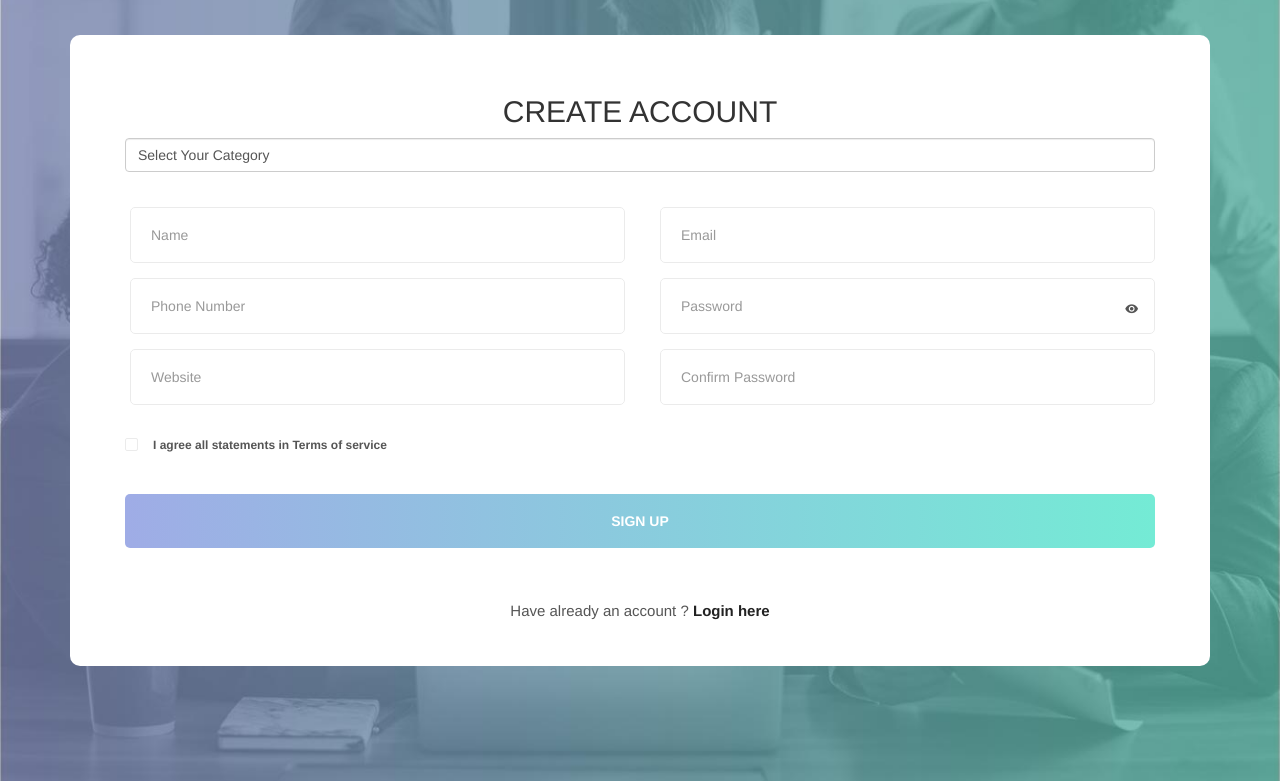
Repository: zainbt/Career_Bridge
Page: static/register/register.html
An editor plug-in stored every save of this project. The page is shown before and after the next save, followed by the edit.
The browser window is 1280 px wide. The pictures show the whole page.

Above is the page before, as saved 2019-11-18 18:40:13.

### static/register/register.html
<!DOCTYPE html>
<html lang="en">

<head>
    <meta charset="UTF-8">
    <meta name="viewport" content="width=device-width, initial-scale=1.0">
    <meta http-equiv="X-UA-Compatible" content="ie=edge">
    <title>Sign Up Form by Colorlib</title>

    <!-- Font Icon -->
    <link rel="stylesheet" href="fonts/material-icon/css/material-design-iconic-font.min.css">

    <!-- Main css -->
    <link rel="stylesheet" href="css/style.css">
    <link rel="stylesheet" href="https://maxcdn.bootstrapcdn.com/bootstrap/3.4.0/css/bootstrap.min.css">

</head>

<body>

    <div class="main">

        <section class="signup">
            <!-- <img src="images/signup-bg.jpg" alt=""> -->
            <div class="container">
                <div class="signup-content">
                    <form method="POST" id="signup-form" class="signup-form">
                        <h2 class="form-title">Create account</h2>
                        <div class="form-group">
                            <select class="form-control">
                                <option>Select Your Category</option>
                                <option>Company</option>
                                <option>University</option>
                            </select>
                        </div>
                        <div class="row">
                            <div class="col-md-6 textFields">
                                <div class="form-group">
                                    <input type="text" class="form-input" name="name" id="name" placeholder="Name" />
                                </div>
                                <div class="form-group">
                                    <input type="number" class="form-input" name="number" id="name" placeholder="Phone Number" />
                                </div>
                                <div class="form-group">
                                    <input type="url" class="form-input" name="website" id="name" placeholder="Website" />
                                </div>
                            </div>

                            <div class="col-md-6 textFields">
                                <div class="form-group">
                                    <input type="email" class="form-input" name="email" id="email" placeholder="Email" />
                                </div>
                                <div class="form-group">
                                    <input type="password" class="form-input" name="password" id="password" placeholder="Password" />
                                    <span toggle="#password" class="zmdi zmdi-eye field-icon toggle-password"></span>
                                </div>
                                <div class="form-group">
                                    <input type="password" class="form-input" name="re_password" id="re_password" placeholder="Confirm Password" />
                                </div>
                            </div>
                        </div>
                        <div class="form-group">
                            <input type="checkbox" name="agree-term" id="agree-term" class="agree-term" />
                            <label for="agree-term" class="label-agree-term"><span><span></span></span>I agree all statements in  <a href="#" class="term-service">Terms of service</a></label>
                        </div>
                        <div class="form-group">
                            <input type="submit" name="submit" id="submit" class="form-submit" value="Sign up" />
                        </div>
                    </form>
                    <p class="loginhere">
                        Have already an account ? <a href="signUp.html" class="loginhere-link">Login here</a>
                    </p>

                    <!--

                                                        <input type="text" class="form-input" name="name" id="name" placeholder="Name" />
                                <input type="number" class="form-input" name="number" id="name" placeholder="Phone Number" />
                                <input type="url" class="form-input" name="website" id="name" placeholder="Website" />

                    -->


                </div>
            </div>
        </section>

    </div>

    <!-- JS -->
    <script src="vendor/jquery/jquery.min.js"></script>
    <script src="js/main.js"></script>
</body>
<!-- This templates was made by Colorlib (https://colorlib.com) -->

</html>

### static/register/css/style.css
.row {
    display: flex;
}

.textFields {
    margin-top: 10px;
    margin-left: 5px;
}


/* @extend display-flex; */

display-flex,
.display-flex,
.display-flex-center {
    display: flex;
    display: -webkit-flex;
}


/* @extend list-type-ulli; */

list-type-ulli {
    list-style-type: none;
    margin: 0;
    padding: 0;
}


/* Montserrat-300 - latin */

@font-face {
    font-family: 'Montserrat';
    font-style: normal;
    font-weight: 300;
    src: url("../fonts/montserrat/Montserrat-Light.ttf");
    /* IE9 Compat Modes */
}

@font-face {
    font-family: 'Montserrat';
    font-style: normal;
    font-weight: 400;
    src: url("../fonts/montserrat/Montserrat-Regular.ttf");
    /* IE9 Compat Modes */
}

@font-face {
    font-family: 'Montserrat';
    font-style: italic;
    font-weight: 400;
    src: url("../fonts/montserrat/Montserrat-Italic.ttf");
    /* IE9 Compat Modes */
}

@font-face {
    font-family: 'Montserrat';
    font-style: normal;
    font-weight: 500;
    src: url("../fonts/montserrat/Montserrat-Medium.ttf");
    /* IE9 Compat Modes */
}

@font-face {
    font-family: 'Montserrat';
    font-style: normal;
    font-weight: 600;
    src: url("../fonts/montserrat/Montserrat-SemiBold.ttf");
    /* IE9 Compat Modes */
}

@font-face {
    font-family: 'Montserrat';
    font-style: normal;
    font-weight: 700;
    src: url("../fonts/montserrat/Montserrat-Bold.ttf");
    /* IE9 Compat Modes */
}

@font-face {
    font-family: 'Montserrat';
    font-style: italic;
    font-weight: 700;
    src: url("../fonts/montserrat/Montserrat-BoldItalic.ttf");
    /* IE9 Compat Modes */
}

@font-face {
    font-family: 'Montserrat';
    font-style: italic;
    font-weight: 900;
    src: url("../fonts/montserrat/montserrat-v12-latin-900.ttf"), url("../fonts/montserrat/montserrat-v12-latin-900.eot") format("embedded-opentype"), url("../fonts/montserrat/montserrat-v12-latin-900.svg") format("woff2"), url("../fonts/montserrat/montserrat-v12-latin-900.woff") format("woff"), url("../fonts/montserrat/montserrat-v12-latin-900.woff2") format("truetype");
}

a:focus,
a:active {
    text-decoration: none;
    outline: none;
    transition: all 300ms ease 0s;
    -moz-transition: all 300ms ease 0s;
    -webkit-transition: all 300ms ease 0s;
    -o-transition: all 300ms ease 0s;
    -ms-transition: all 300ms ease 0s;
}

input,
select,
textarea {
    outline: none;
    appearance: unset !important;
    -moz-appearance: unset !important;
    -webkit-appearance: unset !important;
    -o-appearance: unset !important;
    -ms-appearance: unset !important;
}

input::-webkit-outer-spin-button,
input::-webkit-inner-spin-button {
    appearance: none !important;
    -moz-appearance: none !important;
    -webkit-appearance: none !important;
    -o-appearance: none !important;
    -ms-appearance: none !important;
    margin: 0;
}

input:focus,
select:focus,
textarea:focus {
    outline: none;
    box-shadow: none !important;
    -moz-box-shadow: none !important;
    -webkit-box-shadow: none !important;
    -o-box-shadow: none !important;
    -ms-box-shadow: none !important;
}

input[type=checkbox] {
    appearance: checkbox !important;
    -moz-appearance: checkbox !important;
    -webkit-appearance: checkbox !important;
    -o-appearance: checkbox !important;
    -ms-appearance: checkbox !important;
}

input[type=radio] {
    appearance: radio !important;
    -moz-appearance: radio !important;
    -webkit-appearance: radio !important;
    -o-appearance: radio !important;
    -ms-appearance: radio !important;
}

img {
    max-width: 100%;
    height: auto;
}

figure {
    margin: 0;
}

p {
    margin-bottom: 0px;
    font-size: 15px;
    color: #777;
}

h2 {
    line-height: 1.66;
    margin: 0;
    padding: 0;
    font-weight: 900;
    color: #222;
    font-family: 'Montserrat';
    font-size: 24px;
    text-transform: uppercase;
    text-align: center;
    margin-bottom: 40px;
}

.clear {
    clear: both;
}

body {
    font-size: 14px;
    line-height: 1.8;
    color: #222;
    font-weight: 400;
    font-family: 'Montserrat';
    background-image: url("../images/signup-bg.jpg");
    background-repeat: no-repeat;
    background-size: cover;
    -moz-background-size: cover;
    -webkit-background-size: cover;
    -o-background-size: cover;
    -ms-background-size: cover;
    background-position: center center;
    padding: 115px 0;
}

.container {
    width: 660px;
    position: relative;
    margin: 0 auto;
}

.display-flex {
    justify-content: space-between;
    -moz-justify-content: space-between;
    -webkit-justify-content: space-between;
    -o-justify-content: space-between;
    -ms-justify-content: space-between;
    align-items: center;
    -moz-align-items: center;
    -webkit-align-items: center;
    -o-align-items: center;
    -ms-align-items: center;
}

.display-flex-center {
    justify-content: center;
    -moz-justify-content: center;
    -webkit-justify-content: center;
    -o-justify-content: center;
    -ms-justify-content: center;
    align-items: center;
    -moz-align-items: center;
    -webkit-align-items: center;
    -o-align-items: center;
    -ms-align-items: center;
}

.position-center {
    position: absolute;
    top: 50%;
    left: 50%;
    transform: translate(-50%, -50%);
    -moz-transform: translate(-50%, -50%);
    -webkit-transform: translate(-50%, -50%);
    -o-transform: translate(-50%, -50%);
    -ms-transform: translate(-50%, -50%);
}

.signup-content {
    position: relative;
    margin-top: -7%;
    background: #fff;
    border-radius: 10px;
    -moz-border-radius: 10px;
    -webkit-border-radius: 10px;
    -o-border-radius: 10px;
    -ms-border-radius: 10px;
    padding: 40px 55px;
}

.form-group {
    margin-top: 10px;
    overflow: hidden;
    margin-bottom: 20px;
}

.form-input {
    width: 100%;
    border: 1px solid #ebebeb;
    border-radius: 5px;
    -moz-border-radius: 5px;
    -webkit-border-radius: 5px;
    -o-border-radius: 5px;
    -ms-border-radius: 5px;
    padding: 17px 20px;
    box-sizing: border-box;
    font-size: 14px;
    font-weight: 500;
    color: #222;
}

.form-input::-webkit-input-placeholder {
    color: #999;
}

.form-input::-moz-placeholder {
    color: #999;
}

.form-input:-ms-input-placeholder {
    color: #999;
}

.form-input:-moz-placeholder {
    color: #999;
}

.form-input::-webkit-input-placeholder {
    font-weight: 500;
}

.form-input::-moz-placeholder {
    font-weight: 500;
}

.form-input:-ms-input-placeholder {
    font-weight: 500;
}

.form-input:-moz-placeholder {
    font-weight: 500;
}

.form-input:focus {
    border: 1px solid transparent;
    -webkit-border-image-source: -webkit-linear-gradient(to right, #9face6, #74ebd5);
    -moz-border-image-source: -moz-linear-gradient(to right, #9face6, #74ebd5);
    -o-border-image-source: -o-linear-gradient(to right, #9face6, #74ebd5);
    border-image-source: linear-gradient(to right, #9face6, #74ebd5);
    -webkit-border-image-slice: 1;
    border-image-slice: 1;
    border-radius: 5px;
    -moz-border-radius: 5px;
    -webkit-border-radius: 5px;
    -o-border-radius: 5px;
    -ms-border-radius: 5px;
    background-origin: border-box;
    background-clip: content-box, border-box;
}

.form-input:focus::-webkit-input-placeholder {
    color: #222;
}

.form-input:focus::-moz-placeholder {
    color: #222;
}

.form-input:focus:-ms-input-placeholder {
    color: #222;
}

.form-input:focus:-moz-placeholder {
    color: #222;
}

.form-submit {
    width: 100%;
    border-radius: 5px;
    -moz-border-radius: 5px;
    -webkit-border-radius: 5px;
    -o-border-radius: 5px;
    -ms-border-radius: 5px;
    padding: 17px 20px;
    box-sizing: border-box;
    font-size: 14px;
    font-weight: 700;
    color: #fff;
    text-transform: uppercase;
    border: none;
    background-image: -moz-linear-gradient(to left, #74ebd5, #9face6);
    background-image: -ms-linear-gradient(to left, #74ebd5, #9face6);
    background-image: -o-linear-gradient(to left, #74ebd5, #9face6);
    background-image: -webkit-linear-gradient(to left, #74ebd5, #9face6);
    background-image: linear-gradient(to left, #74ebd5, #9face6);
}

input[type=checkbox]:not(old) {
    width: 2em;
    margin: 0;
    padding: 0;
    font-size: 1em;
    display: none;
}

input[type=checkbox]:not(old)+label {
    display: inline-block;
    margin-top: 7px;
    margin-bottom: 25px;
}

input[type=checkbox]:not(old)+label>span {
    display: inline-block;
    width: 13px;
    height: 13px;
    margin-right: 15px;
    margin-bottom: 3px;
    border: 1px solid #ebebeb;
    border-radius: 2px;
    -moz-border-radius: 2px;
    -webkit-border-radius: 2px;
    -o-border-radius: 2px;
    -ms-border-radius: 2px;
    background: white;
    background-image: -moz-linear-gradient(white, white);
    background-image: -ms-linear-gradient(white, white);
    background-image: -o-linear-gradient(white, white);
    background-image: -webkit-linear-gradient(white, white);
    background-image: linear-gradient(white, white);
    vertical-align: bottom;
}

input[type=checkbox]:not(old):checked+label>span {
    background-image: -moz-linear-gradient(white, white);
    background-image: -ms-linear-gradient(white, white);
    background-image: -o-linear-gradient(white, white);
    background-image: -webkit-linear-gradient(white, white);
    background-image: linear-gradient(white, white);
}

input[type=checkbox]:not(old):checked+label>span:before {
    content: '\f26b';
    display: block;
    color: #222;
    font-size: 11px;
    line-height: 1.2;
    text-align: center;
    font-family: 'Material-Design-Iconic-Font';
    font-weight: bold;
}

.label-agree-term {
    font-size: 12px;
    font-weight: 600;
    color: #555;
}

.term-service {
    color: #555;
}

.loginhere {
    color: #555;
    font-weight: 500;
    text-align: center;
    margin-top: 5%;
    margin-bottom: 5px;
}

.loginhere-link {
    font-weight: 700;
    color: #222;
}

.field-icon {
    float: right;
    margin-right: 17px;
    margin-top: -32px;
    position: relative;
    z-index: 2;
    color: #555;
}

@media screen and (max-width: 768px) {
    .container {
        width: calc(100% - 40px);
        max-width: 100%;
    }
}

@media screen and (max-width: 480px) {
    .signup-content {
        padding: 50px 25px;
    }
}


/*# sourceMappingURL=style.css.map */

Loaded but not shown: static/register/fonts/material-icon/css/material-design-iconic-font.min.css (library); static/register/vendor/jquery/jquery.min.js (library); static/register/js/main.js (common file)

After the next save:
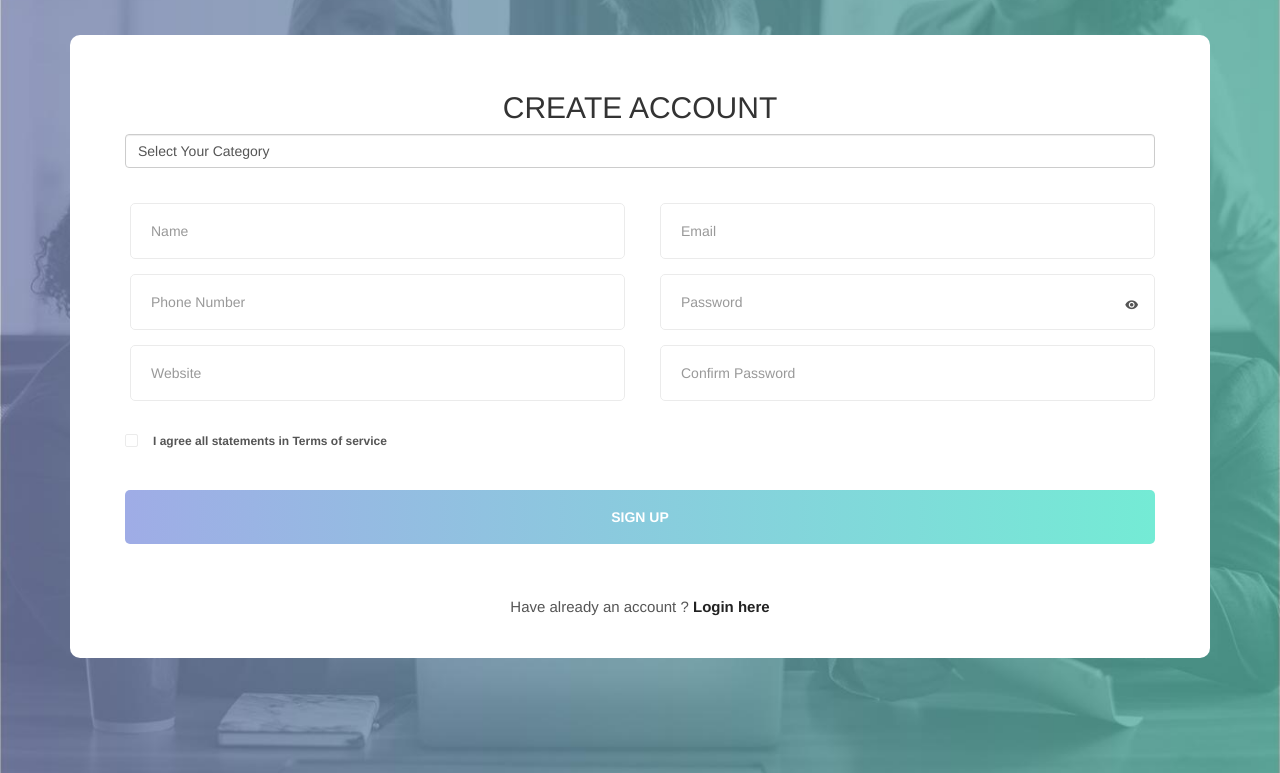
Saved 27 s later.
--- a/static/register/css/style.css
+++ b/static/register/css/style.css
@@ -252,7 +252,7 @@ body {
     -webkit-border-radius: 10px;
     -o-border-radius: 10px;
     -ms-border-radius: 10px;
-    padding: 40px 55px;
+    padding: 36px 55px;
 }
 
 .form-group {
